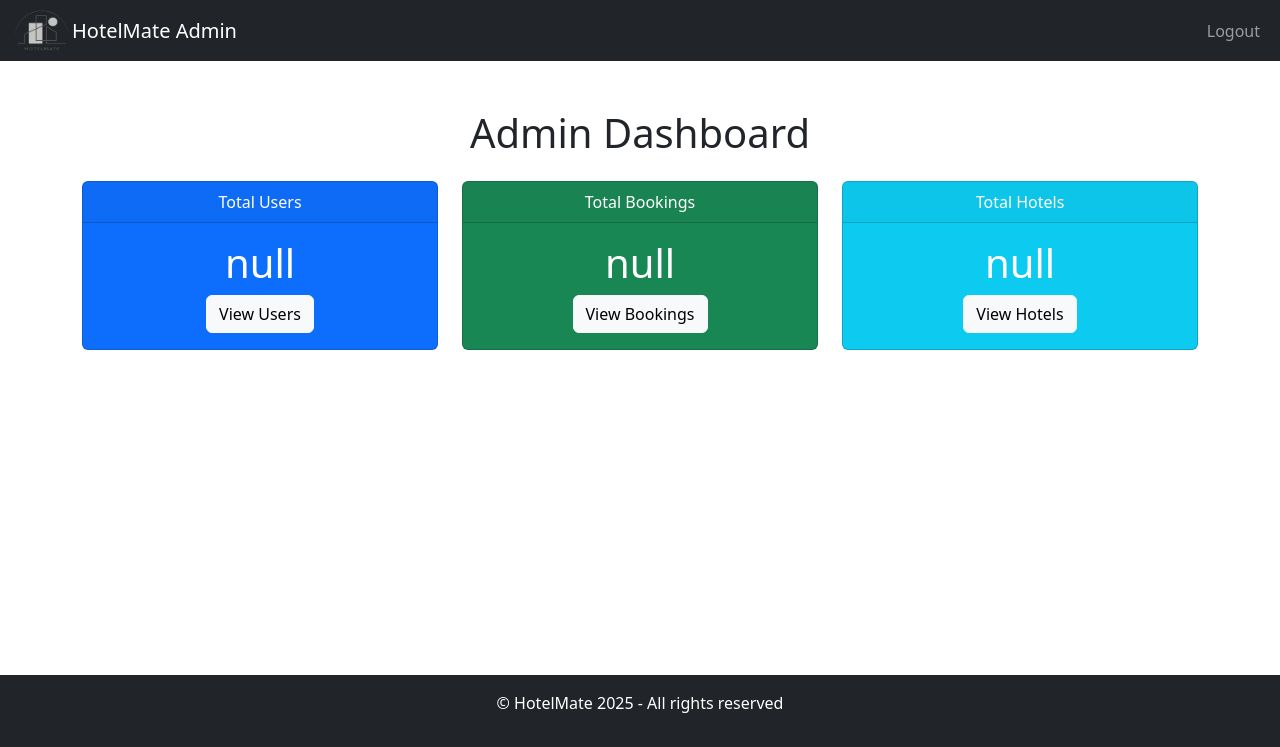
Repository: himanshu2k23/HoteMate
Page: http://localhost/HotelMate/WEB-INF/admin/dashboard.jsp
These files come from the project's save history. The page is drawn as it stood at one moment and after the next save; the edit follows.
The browser window is 1280 px wide. The pictures show the whole page.
The page is served by Tomcat 10. Nobody is signed in. The template is opened directly, without the code that normally fills it, so the values that code supplies are empty.

Above is the page before, as saved 2025-01-17 18:21:56.

After the next save:
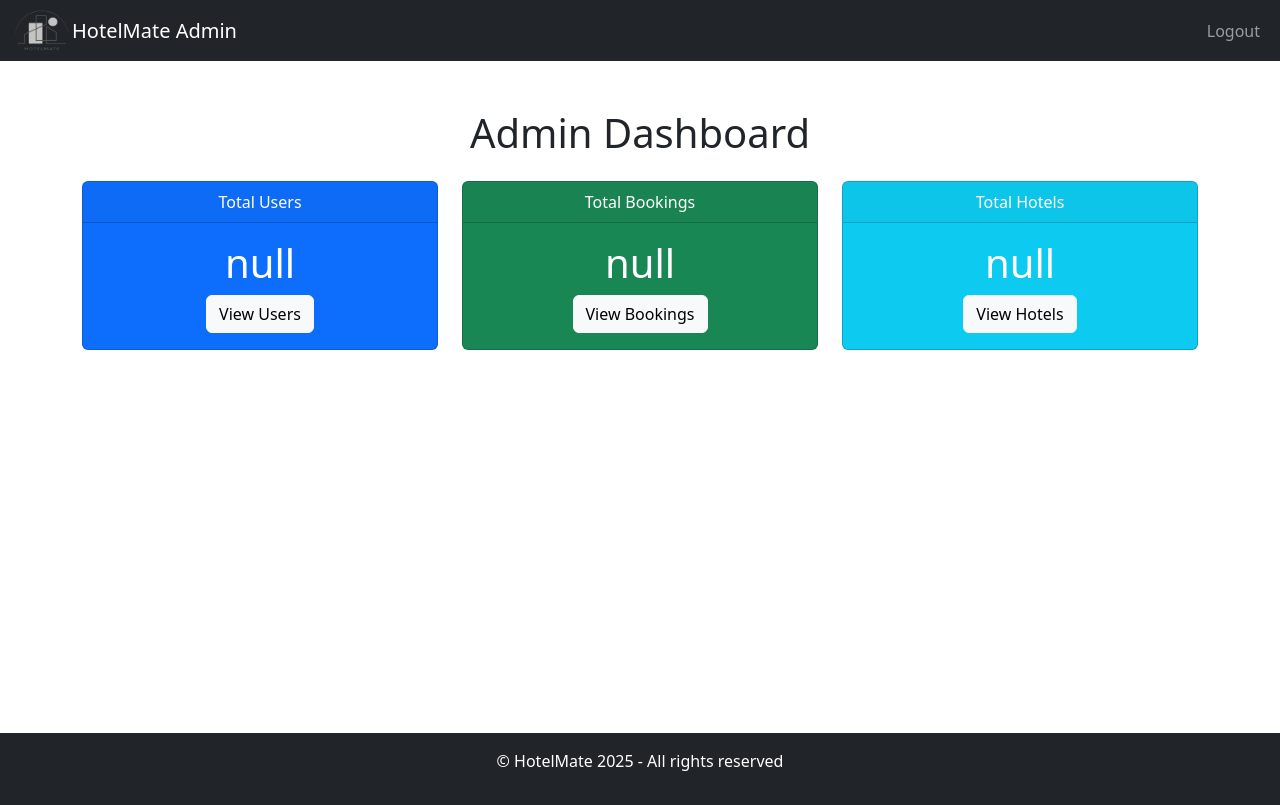
Saved 36 s later.
--- a/HotelMate/src/main/webapp/WEB-INF/admin/dashboard.jsp
+++ b/HotelMate/src/main/webapp/WEB-INF/admin/dashboard.jsp
@@ -30,7 +30,7 @@
 		</div>
 	</nav>
 
-	<div class="container mt-5" style="height:72vh;">
+	<div class="container mt-5" style="height:36rem">
 		<h1 class="text-center mb-4">Admin Dashboard</h1>
 		<div class="row">
 			<div class="col-md-4">
